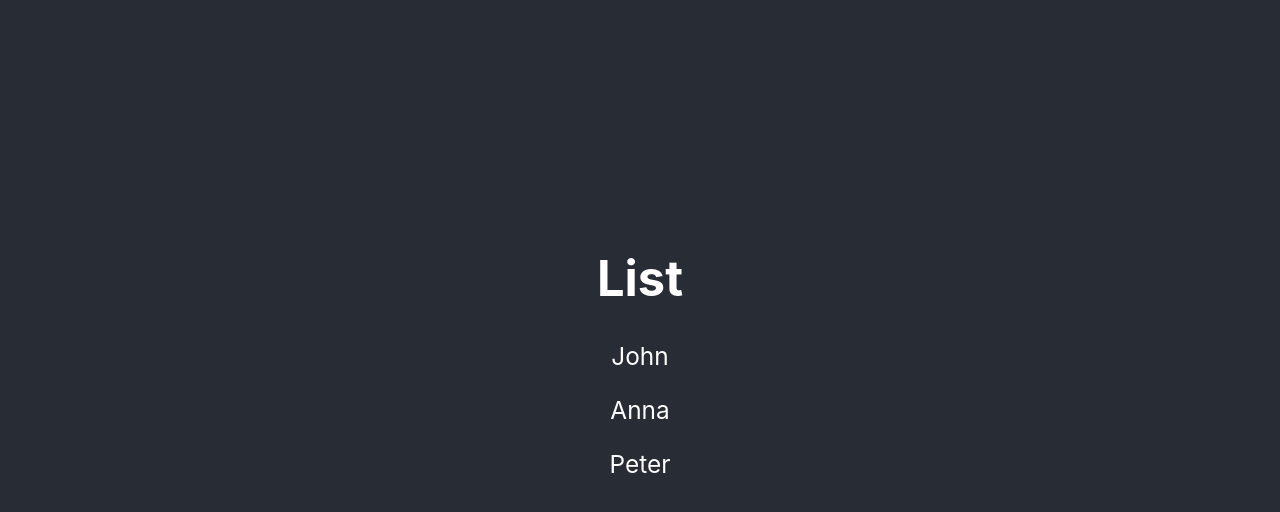
Repository: JasonMorta/ExamplesWithReact
Page: / (app in examples/)
An editor plug-in stored every save of this project. The page is shown before and after the next save, followed by the edit.
The browser window is 1280 px wide. The pictures show the whole page.
The project was rebuilt for these pictures with package versions that can differ from the ones it lists, and the page was loaded fresh each time.

Above is the page before, as saved 2022-10-03 19:37:06.

### examples/src/App.js
import logo from './logo.svg';
import './App.css';
import Instance from './components/Instance';





function App() {
  return (
    <div className="App">
      <header className="App-header">
      <Instance />
      </header>
    </div>
  );
}

export default App;

### examples/src/components/Instance.jsx
import React from 'react'

export default function Instance() {

const employees = [
  { firstName: "John", lastName: "Doe" },
  { firstName: "Anna", lastName: "Smith" },
  { firstName: "Peter", lastName: "Jones" },
];






  return (
    <div>
      <h1>List</h1>
      {employees.map((obj, index) => (
        <p>{obj.firstName}</p>
      ))}
    </div>
  );
}

Loaded but not shown: examples/public/index.html (common file); examples/src/index.js (common file); examples/src/index.css (common file); examples/src/reportWebVitals.js (common file); examples/src/App.css (common file)

After the next save:
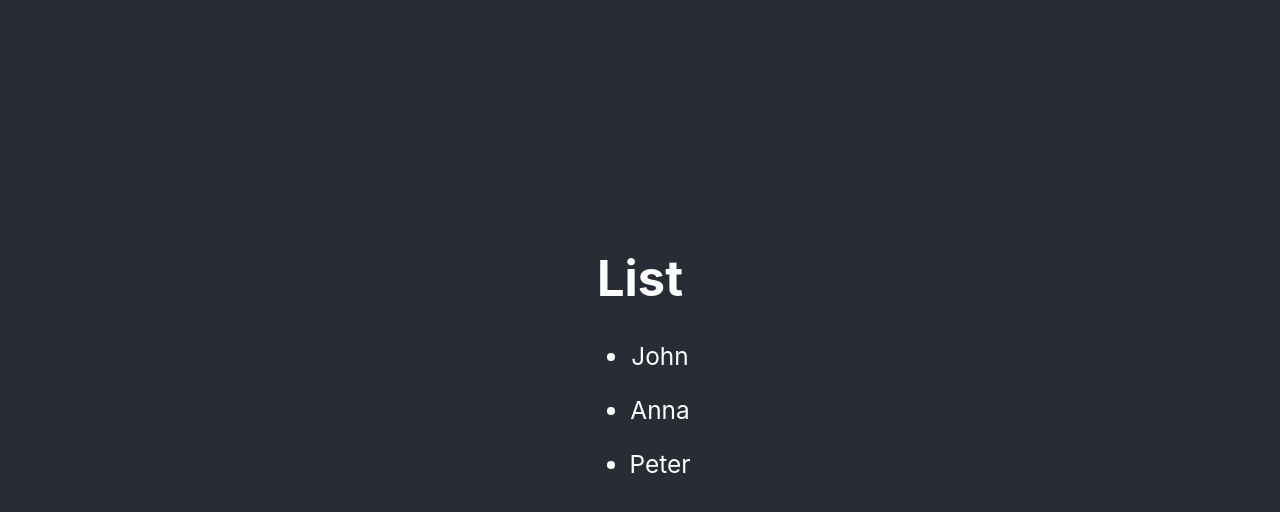
Saved 31 s later.
--- a/examples/src/components/Instance.jsx
+++ b/examples/src/components/Instance.jsx
@@ -16,9 +16,15 @@ const employees = [
   return (
     <div>
       <h1>List</h1>
+
       {employees.map((obj, index) => (
-        <p>{obj.firstName}</p>
+
+        <ul>
+         <li>{obj.firstName}</li>
+        </ul>
+
       ))}
+
     </div>
   );
 }
